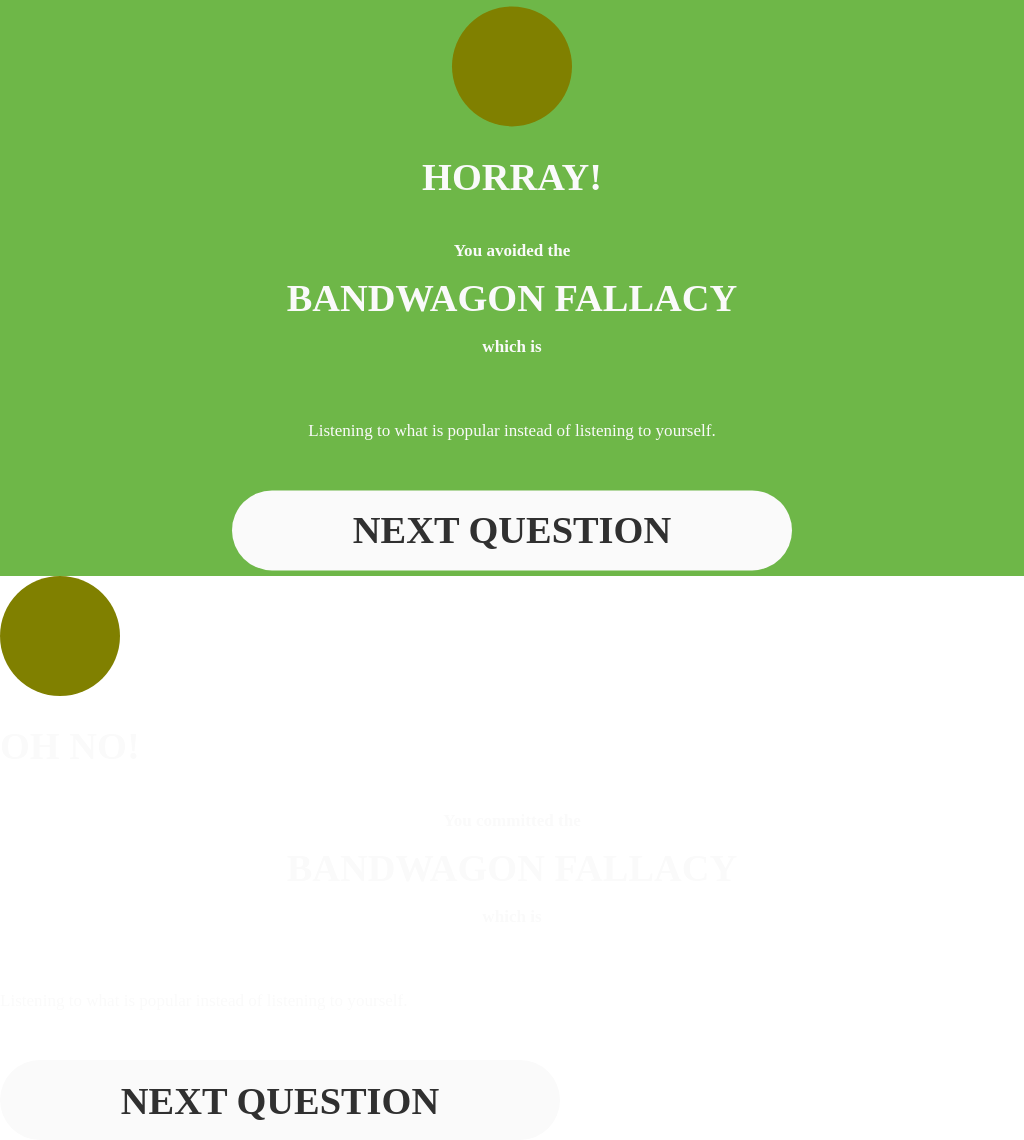
Repository: cindyvunguyen/fallacy
Page: index.html
The author's editor kept a copy of each file at every save. The page is drawn from the files as they stood at one save, then again after the next save.
The browser window is 1280 px wide. The pictures show the whole page, at 80% of full size.
Some web fonts or font styles are not loaded; a fallback is used.

Above is the page before, as saved 2020-03-13 14:21:58.

After the next save:
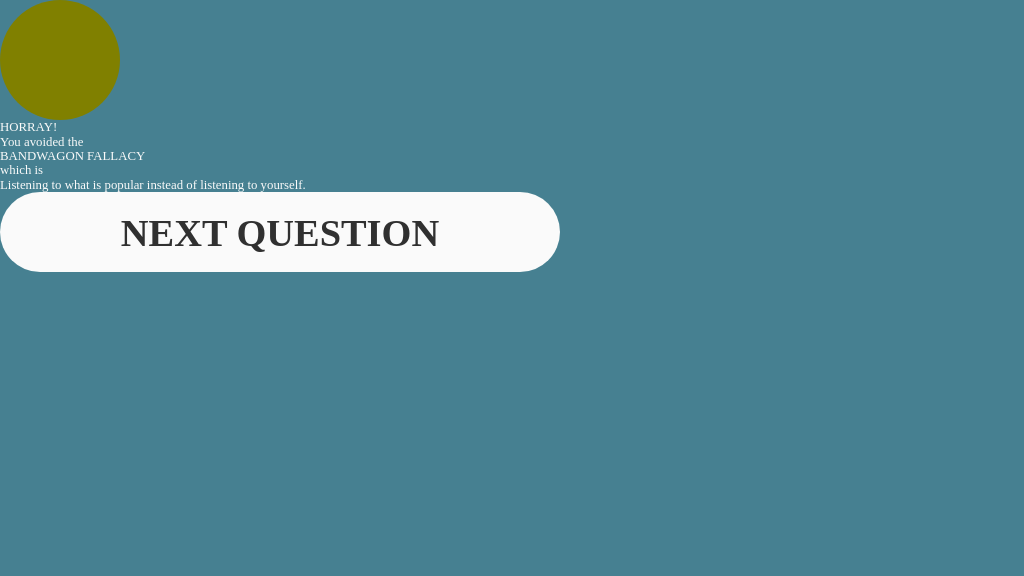
Saved 11 s later.
--- a/index.html
+++ b/index.html
@@ -22,31 +22,18 @@
         <!-- SOPHIA START -->
 
         <!-- when making it one page -->
-        <div id="correct-page">
+
+        <div id="correct-incorrect-page">
             <div id="icon"></div>
-            <div id="cp-text1">HORRAY!</div> <!-- incorrect, change to "oh no!" -->
-            <div id="cp-a-outcome">
-                <div id="cp-text2">You avoided the</div> <!-- icorrect, change to "you committed the"-->
-                <div id="cp-fallacy">BANDWAGON FALLACY</div>
-                <div id="cp-text2">which is</div>
+            <div id="cip-text1">HORRAY!</div> <!-- incorrect, change to "oh no!" -->
+            <div id="cip-a-outcome">
+                <div id="cip-text2">You avoided the</div> <!-- icorrect, change to "you committed the"-->
+                <div id="cip-fallacy">BANDWAGON FALLACY</div>
+                <div id="cip-text2">which is</div>
             </div>
-            <div id="cp-definition">Listening to what is popular instead of listening to yourself.</div>
+            <div id="cip-definition">Listening to what is popular instead of listening to yourself.</div>
             <button class="white-button">NEXT QUESTION</button>
         </div>
-
-        <div id="incorrect-page">
-            <div id="icon"></div>
-            <div id="cp-text1">OH NO!</div>
-            <div id="cp-a-outcome">
-                <div id="cp-text2">You committed the</div>
-                <div id="cp-fallacy">BANDWAGON FALLACY</div>
-                <div id="cp-text2">which is</div>
-            </div>
-            <div id="cp-definition">Listening to what is popular instead of listening to yourself.</div>
-            <button class="white-button">NEXT QUESTION</button>
-        </div>
-
-
 
         <!-- the two above pages technically have the same HTML. so you can only have 1 div and change the CSS through JS. it's entirely up to you. -->
 
